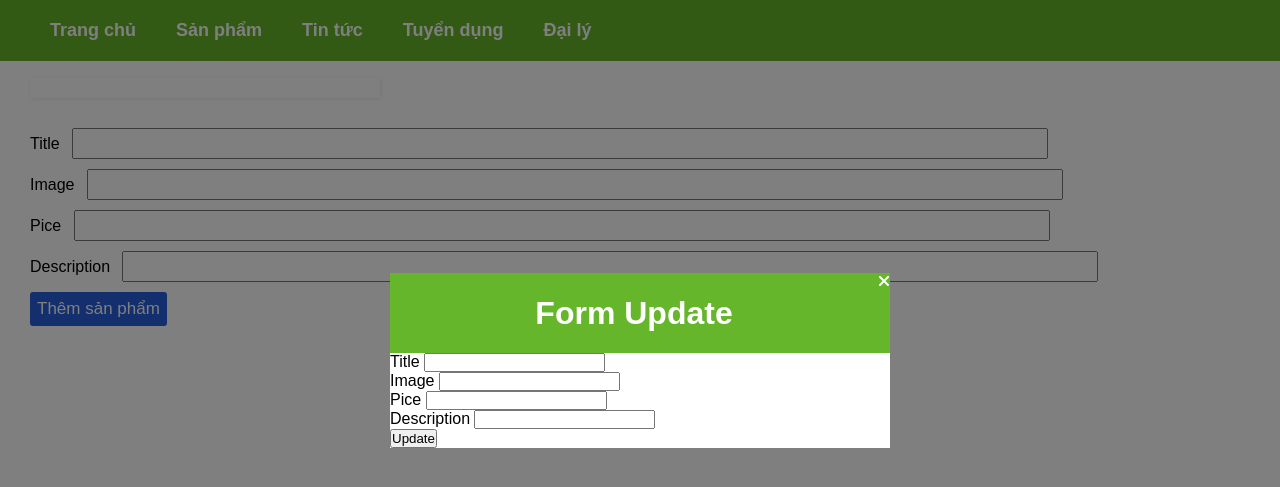
Repository: Ngoc28/CURD_HTML-CSS_JS_JSON
Page: index.html
An editor plug-in stored every save of this project. The page is shown before and after the next save, followed by the edit.
The browser window is 1280 px wide. The pictures show the whole page.
The page's requests for data from a server got no answer.

Above is the page before, as saved 2023-04-11 09:42:43.

### index.html
<!DOCTYPE html>
<html lang="en">
<head>
    <meta charset="UTF-8">
    <meta http-equiv="X-UA-Compatible" content="IE=edge">
    <meta name="viewport" content="width=device-width, initial-scale=1.0">
    <title>CURD Cơ bản</title>
    <link rel="stylesheet" href="https://cdnjs.cloudflare.com/ajax/libs/font-awesome/6.4.0/css/all.min.css" integrity="sha512-iecdLmaskl7CVkqkXNQ/ZH/XLlvWZOJyj7Yy7tcenmpD1ypASozpmT/E0iPtmFIB46ZmdtAc9eNBvH0H/ZpiBw==" crossorigin="anonymous" referrerpolicy="no-referrer" />
    <link rel="stylesheet" href="./asset/css/style.css">
</head>
<body>
    <header class="header-menu">
        <ul class="list-menu">
            <li class="item-menu"><a href="">Trang chủ</a></li>
            <li class="item-menu"><a href="">Sản phẩm</a></li>
            <li class="item-menu"><a href="">Tin tức</a></li>
            <li class="item-menu"><a href="">Tuyển dụng</a></li>
            <li class="item-menu"><a href="">Đại lý</a></li>
        </ul>
    </header>
    <div class="main">
        <div class="title-product">
            <h2 class="title">Sản phẩm của chúng tôi</h2>
        </div>
        <div class="products">
            <div class="product">
                <!-- <h3 class="product-name">Coca-Cola</h3>
                <img src="https://cdn.tgdd.vn/Products/Images/2947/190310/bhx/sua-trai-cay-nutriboost-huong-cam-297ml-202202122134380628.jpg" alt="" class="product-img">
                <spam class="product-price">18.000</spam>
                <span class="product-description">Nutriboost là thức uống dinh dưỡng kết hợp sữa và nước trái cây thơm ngon, giúp bạn luôn tràn năng lượng cho một ngày làm việc hiệu quả.</span> -->
            </div>
        </div>
    </div>
    <div class="form">
        <div class="form-1">
            <label for="">Title</label>
            <input type="text" name="title">
        </div>
        <div class="form-1">
            <label for="">Image</label>
            <input type="text" name="image">
        </div>
        <div class="form-1">
            <label for="">Pice</label>
            <input type="text" name="price">
        </div>
        <div class="form-1">
            <label for="">Description</label>
            <input type="text" name="description">
        </div>
        <button type="submit" id="create">Thêm sản phẩm</button>
    </div>

    <!-- formUpdate -->
    <div class="formUpdate">
        <div class="modal">
            <header>
                <i class="update-icon fa-solid fa-xmark"></i>
                <h1>
                    Form Update
                </h1>
            </header>
            <div class="form-2">
                <label for="">Title</label>
                <input type="text" name="title">
            </div>
            <div class="form-2">
                <label for="">Image</label>
                <input type="text" name="image">
            </div>
            <div class="form-2">
                <label for="">Pice</label>
                <input type="text" name="price">
            </div>
            <div class="form-2">
                <label for="">Description</label>
                <input type="text" name="description">
            </div>
            <button type="submit" id="update">Update</button>
        </div>
    </div>
    <script src="/script.js"></script>
</body>
</html>

### asset/css/style.css
*{
    padding: 0;
    margin: 0;
    box-sizing: border-box;
}

body {
    font-family: Arial, Helvetica, sans-serif;
}

.header-menu {
    position: fixed;
    top: 0;
    left: 0;
    right: 0;
    background-color: #66b62b;
    font-size: 18px;
    font-weight: 600;
}

.list-menu {
    display: flex;
    margin: 0 30px;
}

.item-menu {
    list-style: none;
}

.item-menu a {
    padding: 20px;
    display: block;
    text-decoration: none;
    color: #fff;
}

.item-menu a:hover {
    background-color: #ffd400;
    display: block;
}

/* Product */
.main {
    margin: 30px 30px 10px 30px;
}

.title-product {
    margin-bottom: 20px;
}


.title-product .title {
    text-align: center;
    color: #d72b27;
}

.products {
    display: flex;
    justify-content: space-between;
    flex-wrap: wrap;
}

.product {
    width: 350px;
    cursor: pointer;
    box-shadow: 1px 1px 5px   rgba(0, 0, 0, 0.09);
    margin-bottom: 20px;
    padding: 10px;
}


.product h3:hover {
    color: #d72b27;
}


.product-name {
    text-align: center;
}

.product-img {
    width: 100%;
    object-fit: cover;
}


.product .product-price:hover {
    color: #66b62b;
}

.product-price {
    color: #d72b27;
    margin: 10px 10px 6px;
    display: flex;
    justify-content: center;
    font-weight: 600;
}

.product-description {
    font-size: 15px;
    font-weight: 400;
    line-height: 20px;
    height: 40px;
    margin: 10px 10px 6px;
    overflow: hidden;
    display: block;
    display: -webkit-box;
    -webkit-box-orient: vertical;
    -webkit-line-clamp: 2;
}


.btn {
    display: flex;
    justify-content: center;
}


.delete-btn{
    margin-right: 10px;
}

.update-btn,
.delete-btn {
    padding: 8px;
    background-color: #66b62b;
    color: #fff;
    font-size: 15px;
    border: none;
    border-radius: 3px;
}

.update-btn:hover,
.delete-btn:hover {
    background-color: #336013;
}

/* Form */
.form {
    margin: 0 30px;

}

.form-1{
    margin-bottom: 10px;
}

.form-1 label {
    font-size: 16px;
    margin-right: 8px;
    width: 90px;
}

.form-1 input {
    padding: 5px;
    font-size: 15px;
    width: 80%;
}

.form button {
    padding: 7px;
    background-color: #295fdd;
    color: #fff;
    font-size: 17px;
    border: none;
    border-radius: 3px;
}

.form button:hover {
    background-color: #172e62;
}

/* FormUpdate */

.formUpdate {
    position:fixed;
    top: 0;
    right: 0;
    bottom: 0;
    left: 0;
    background-color: rgba(0, 0, 0, 0.5);
    display: flex;
    align-items: center;
    justify-content: center;
}

.modal {
    background-color: #fff;
}

.modal header {
    background-color: #66b62b;
    color: #fff;
    height: 80px;
    width: 500px;
}

.modal h1 {
    line-height: 80px;
    text-align: center;
}

.modal .update-icon {
    float: right;
}

### script.js
let productsApi = 'http://localhost:3000/products';

function start() {
    getProducts(renderProducts);

    handleCreateForm()
}

start();

//lay ra san pham

function getProducts(callback) {

    fetch(productsApi)
    .then(function(response) {
        return response.json();
    })
    .then(callback);
}

function createProduct(data, callback) {
    var options = {
        method: 'POST',
        body: JSON.stringify(data),
        headers: {
            "Content-Type": "application/json",
            // 'Content-Type': 'application/x-www-form-urlencoded',
          }
    };
    fetch(productsApi, options)
        .then(function(response) {
            response.json();
        })
        .then(callback);

}

function handleDeleteProduct(id) {
    var options = {
        method: 'DELETE',
        headers: {
            "Content-Type": "application/json",
            // 'Content-Type': 'application/x-www-form-urlencoded',
          }
    };
    fetch(productsApi + '/' + id, options)
        .then(function(response) {
            response.json();
        })
        .then(function() {
           var productItem = document.querySelector('.product-item-' + id);
           if(productItem) {
            productItem.remove();
           }
        });
}


//show du lieu ra man hinh
function renderProducts(products) {
    var listProducts = document.querySelector('.products');

    var htmls = products.map(function(product) {
        return `
        <div class="product product-item-${product.id}">
            <h3 class="product-name">${product.title}</h3>
            <img src="${product.image}" class="product-img">
            <spam class="product-price">${product.price}đ</spam>
            <span class="product-description">${product.description}</span>
            <div class="btn">
                <button onclick="handleDeleteProduct(${product.id})" class="delete-btn">Delete</button>
                <button onclick="UpdateProduct()" class="update-btn">Update</button>
            </div>
        </div>`

    })

    listProducts.innerHTML = htmls.join('');
}

function handleCreateForm() {
    var createBtn = document.querySelector('#create');

    createBtn.onclick = function() {
        var title = document.querySelector('input[name="title"]').value;
        var image = document.querySelector('input[name="image"]').value;
        var price = document.querySelector('input[name="price"]').value;
        var description = document.querySelector('input[name="description"]').value;

        var formData = {
            title: title,
            image: image,
            price: price,
            description: description
        }

        createProduct(formData, function() {
            getProducts(renderProducts);
        });

    }
}

After the next save:
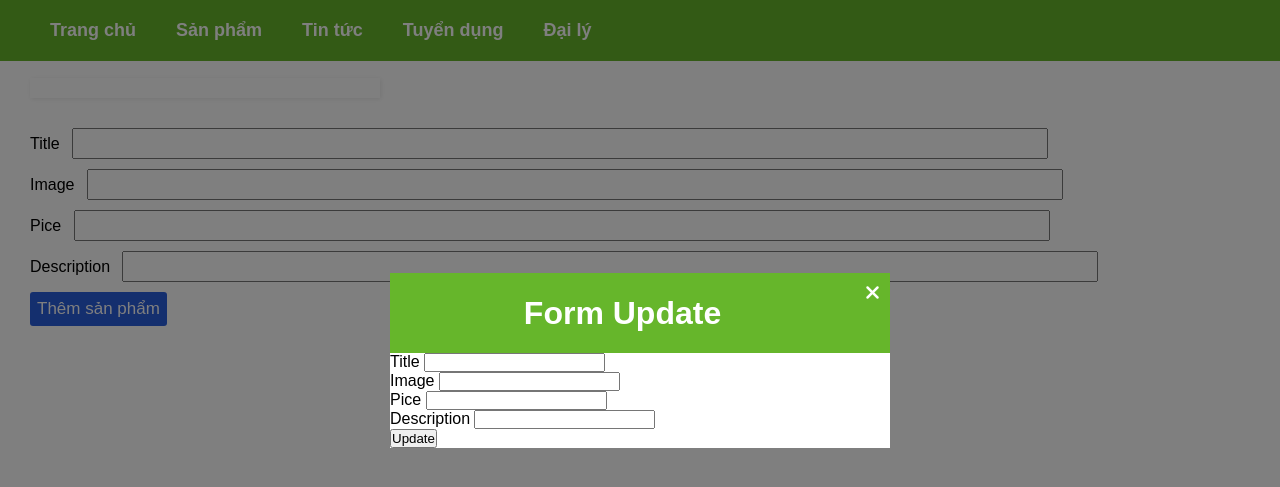
Saved 24 s later.
--- a/asset/css/style.css
+++ b/asset/css/style.css
@@ -202,4 +202,6 @@ body {
 
 .modal .update-icon {
     float: right;
-}
+    padding: 10px;
+    font-size: 20px;
+}
